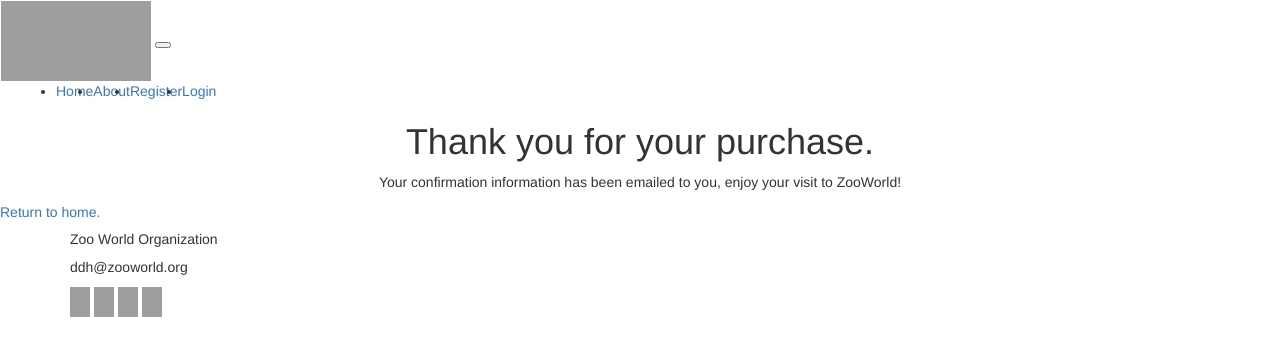
Repository: Reddirtnaps/GroupProject
Page: http://localhost/ZooWorld/WEB-INF/confirm.jsp
An editor plug-in stored every save of this project. The page is shown before and after the next save, followed by the edit.
The browser window is 1280 px wide. The pictures show the whole page.
Pictures or frames that could not be fetched are drawn as grey boxes. The page is served by Tomcat 9. Nobody is signed in. The template is opened directly, without the code that normally fills it, so the values that code supplies are empty.

Above is the page before, as saved 2021-02-06 20:42:38.

After the next save:
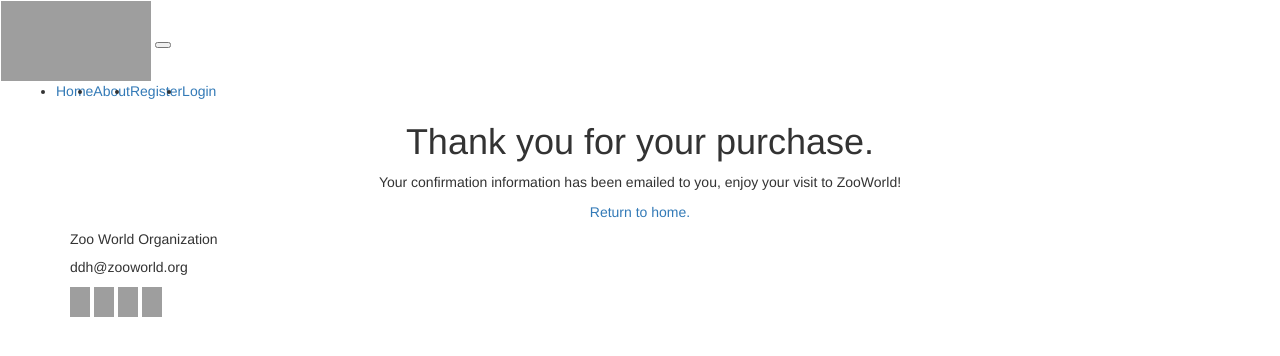
Saved 89 s later.
--- a/ZooWorld/src/main/webapp/WEB-INF/confirm.jsp
+++ b/ZooWorld/src/main/webapp/WEB-INF/confirm.jsp
@@ -31,9 +31,11 @@
 	</ul>
 	</div>
 </nav>
-	<h1 class="text-center">Thank you for your purchase.</h1>
-	<p class="text-center">Your confirmation information has been emailed to you, enjoy your visit to ZooWorld!</p>
-	<a class="text-center" href="/home">Return to home.</a>
+	<div class="text-center">
+		<h1 >Thank you for your purchase.</h1>
+		<p >Your confirmation information has been emailed to you, enjoy your visit to ZooWorld!</p>
+		<a  href="/home">Return to home.</a>
+	</div>
 	<section class="container">
 <h5> Zoo World Organization</h5>
 <p> ddh@zooworld.org </p>
